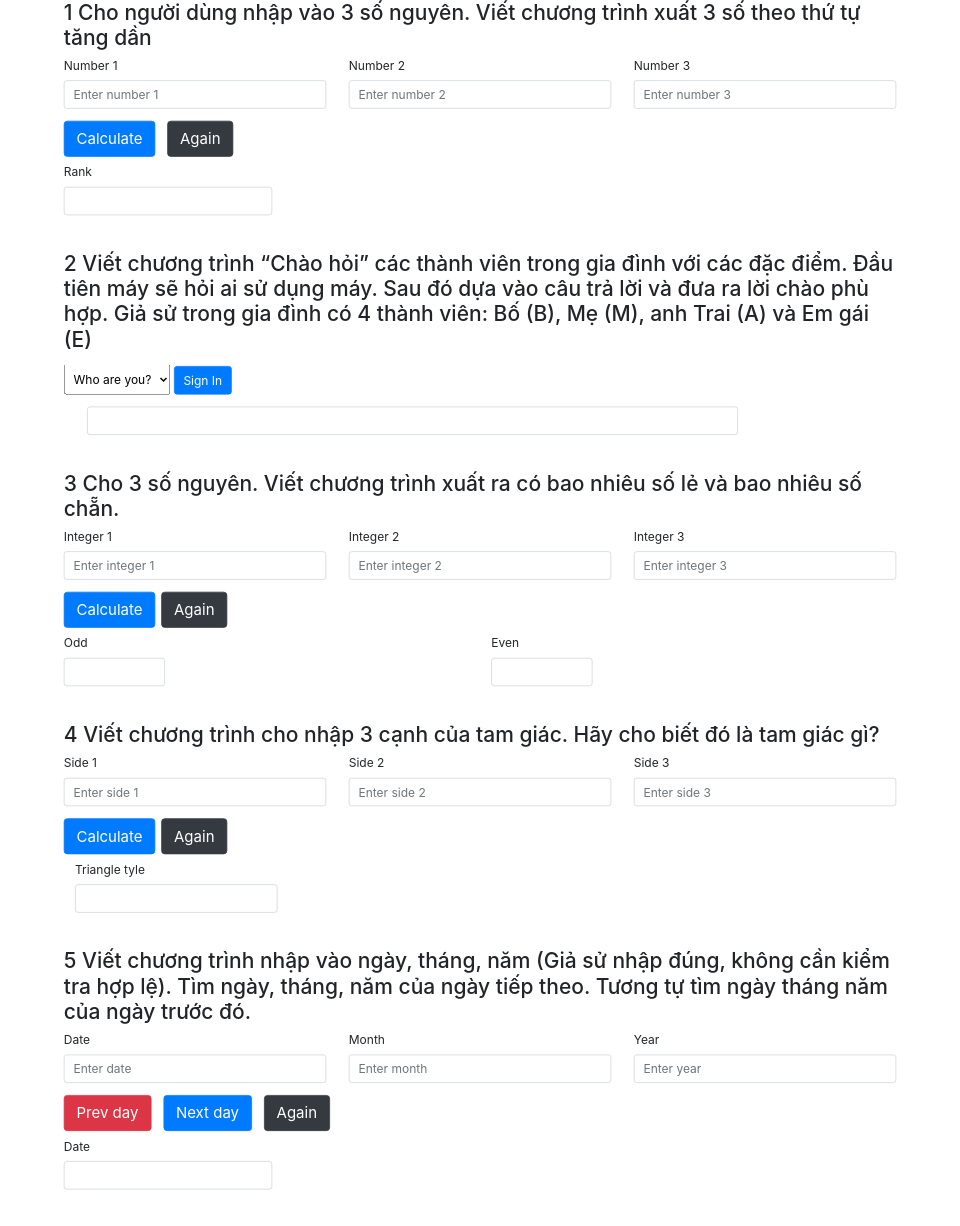
Repository: baobaodeveloper/bootscamp21__jsbasic__HuynhAnhBao
Page: index.html
These files come from the project's save history. The page is drawn as it stood at one moment and after the next save; the edit follows.
The browser window is 1280 px wide. The pictures show the whole page, at 75% of full size.

Above is the page before, as saved 2022-03-10 23:06:29.

After the next save:
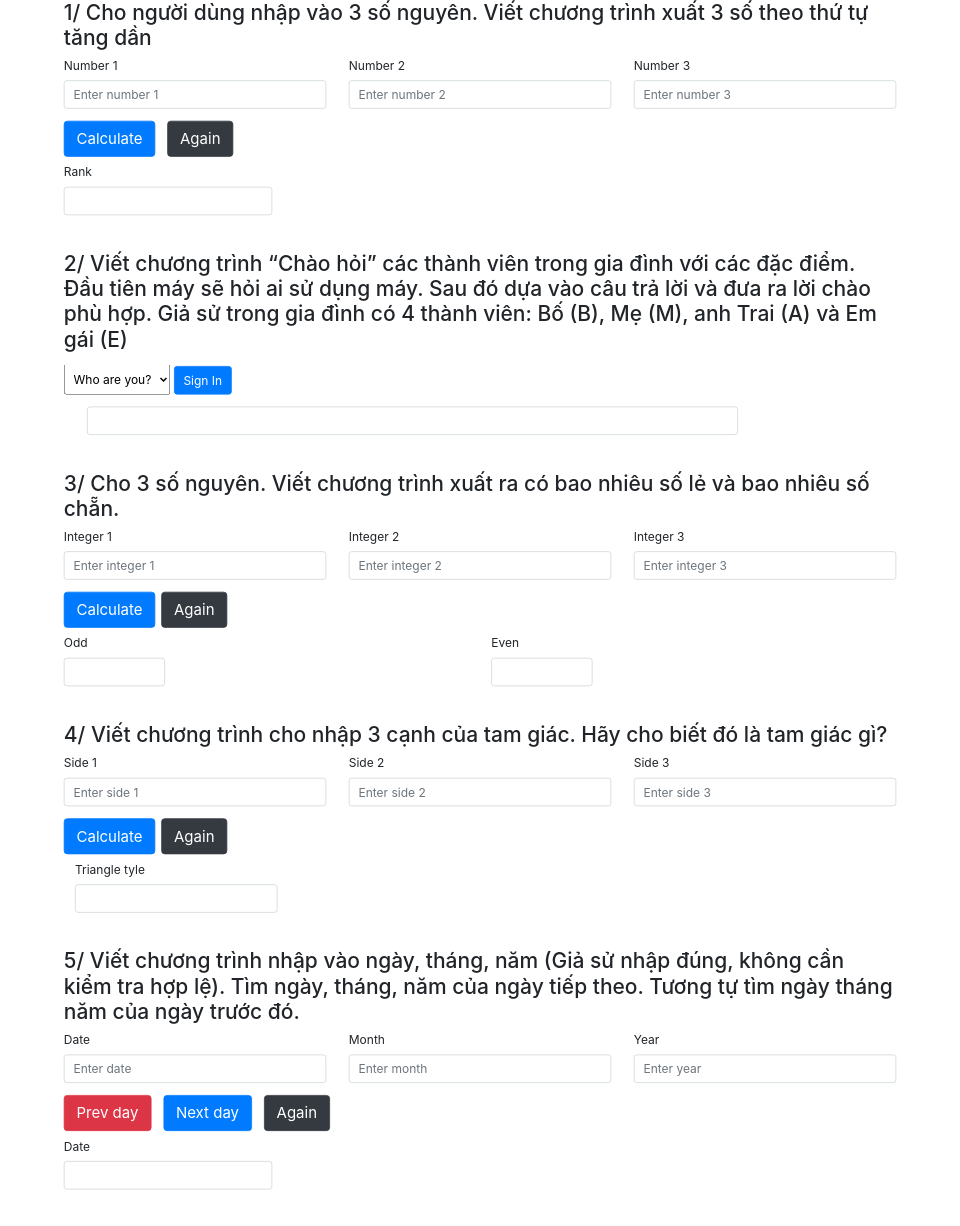
Saved 41 s later.
--- a/index.html
+++ b/index.html
@@ -21,7 +21,7 @@
     <!--1 Cho người dùng nhập vào 3 số nguyên. Viết chương trình xuất 3 số theo thứ tự tăng dần -->
     <div class="container mb-xl-5">
       <h3>
-        1 Cho người dùng nhập vào 3 số nguyên. Viết chương trình xuất 3 số theo
+        1/ Cho người dùng nhập vào 3 số nguyên. Viết chương trình xuất 3 số theo
         thứ tự tăng dần
       </h3>
 
@@ -79,10 +79,10 @@
     gia đình có 4 thành viên: Bố (B), Mẹ (M), anh Trai (A) và Em gái (E) -->
     <div class="container mb-5">
       <h3 class="mb-3">
-        2 Viết chương trình “Chào hỏi” các thành viên trong gia đình với các đặc
-        điểm. Đầu tiên máy sẽ hỏi ai sử dụng máy. Sau đó dựa vào câu trả lời và
-        đưa ra lời chào phù hợp. Giả sử trong gia đình có 4 thành viên: Bố (B),
-        Mẹ (M), anh Trai (A) và Em gái (E)
+        2/ Viết chương trình “Chào hỏi” các thành viên trong gia đình với các
+        đặc điểm. Đầu tiên máy sẽ hỏi ai sử dụng máy. Sau đó dựa vào câu trả lời
+        và đưa ra lời chào phù hợp. Giả sử trong gia đình có 4 thành viên: Bố
+        (B), Mẹ (M), anh Trai (A) và Em gái (E)
       </h3>
 
       <select class="form-select p-2" aria-label="Default select example">
@@ -109,7 +109,7 @@
     <!--  3 Cho 3 số nguyên. Viết chương trình xuất ra có bao nhiêu số lẻ và bao nhiêu số chẵn.-->
     <div class="container mb-xl-5">
       <h3>
-        3 Cho 3 số nguyên. Viết chương trình xuất ra có bao nhiêu số lẻ và bao
+        3/ Cho 3 số nguyên. Viết chương trình xuất ra có bao nhiêu số lẻ và bao
         nhiêu số chẵn.
       </h3>
 
@@ -172,8 +172,8 @@
 
     <div class="container mb-xl-5">
       <h3>
-        4 Viết chương trình cho nhập 3 cạnh của tam giác. Hãy cho biết đó là tam
-        giác gì?
+        4/ Viết chương trình cho nhập 3 cạnh của tam giác. Hãy cho biết đó là
+        tam giác gì?
       </h3>
 
       <div class="row">
@@ -231,7 +231,7 @@
 
     <div class="container mb-xl-5">
       <h3>
-        5 Viết chương trình nhập vào ngày, tháng, năm (Giả sử nhập đúng, không
+        5/ Viết chương trình nhập vào ngày, tháng, năm (Giả sử nhập đúng, không
         cần kiểm tra hợp lệ). Tìm ngày, tháng, năm của ngày tiếp theo. Tương tự
         tìm ngày tháng năm của ngày trước đó.
       </h3>
